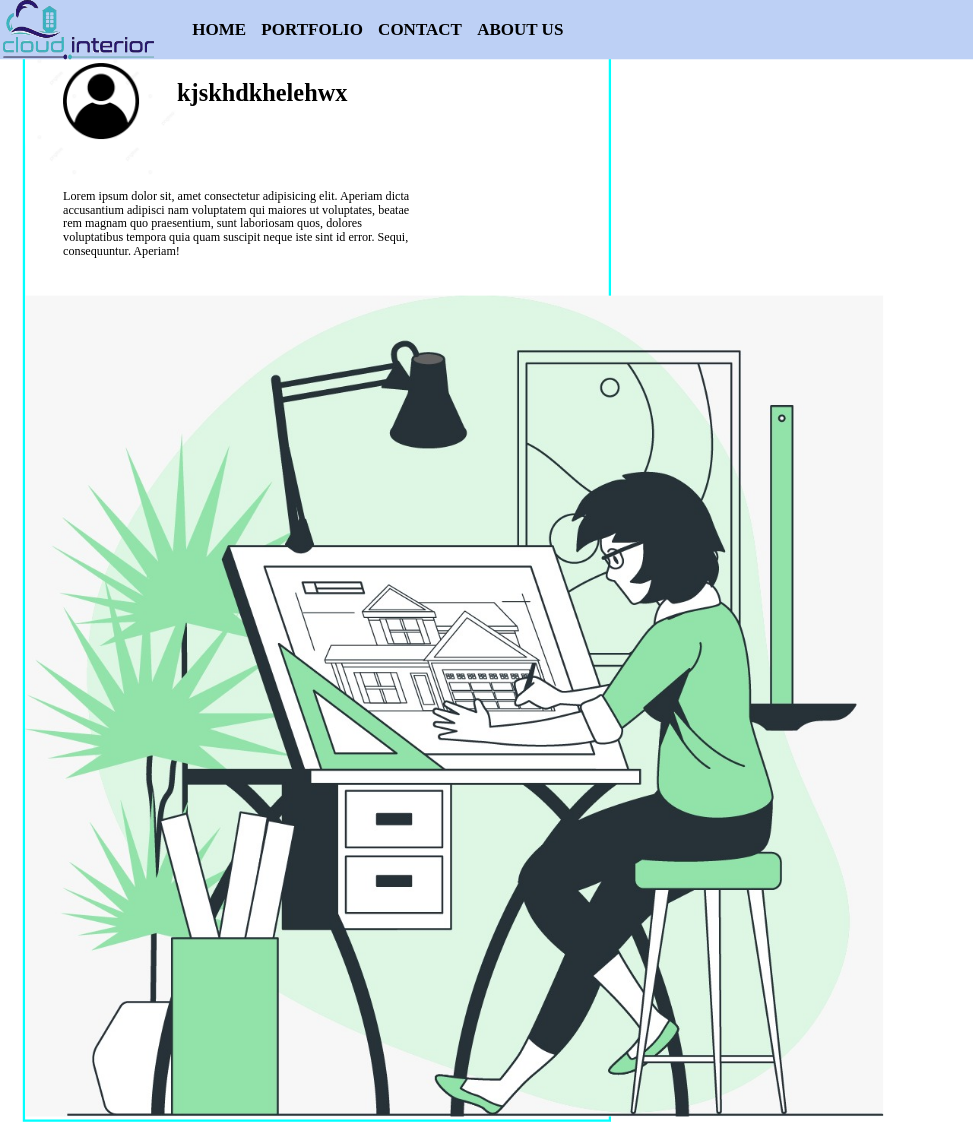
Repository: Ganavid/ganavidgowda.github.io
Page: cloud interior/about.html
These files come from the project's save history. The page is drawn as it stood at one moment and after a run of saves; the edit follows.
The browser window is 1280 px wide. The pictures show the whole page, at 76% of full size.

Above is the page before, as saved 2023-03-04 12:45:41.

After the next 2 saves:
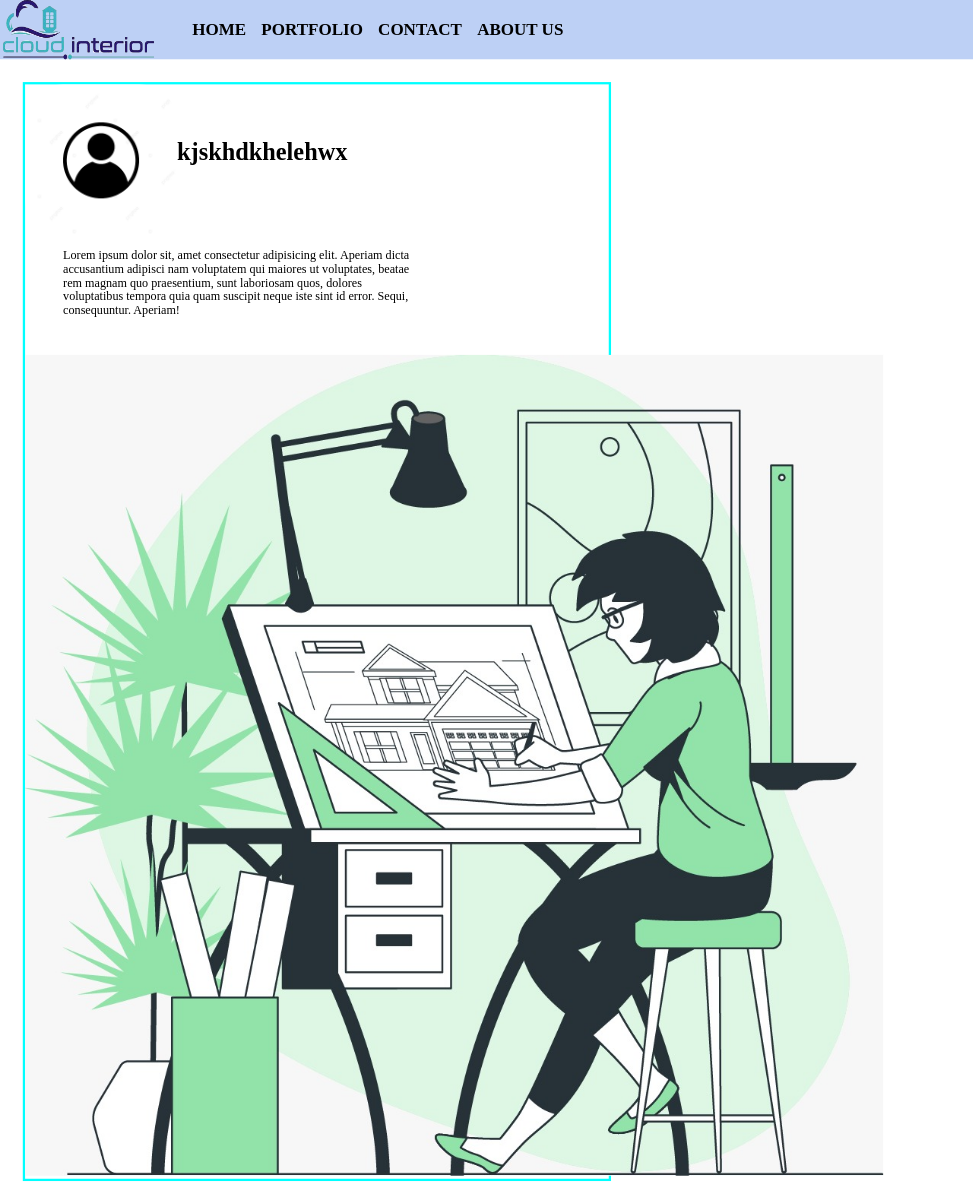
The 2 saves are shown as one change because they came seconds apart.
The last was saved 11 s later.
--- a/cloud interior/about.css
+++ b/cloud interior/about.css
@@ -3,8 +3,8 @@ body{
     padding: 0px;
     border: 0px;
     /* padding-top: 13vh; */
-    /* margin-top: 15vh;
-    background-color: rgba(123, 190, 212, 0.13); */
+    margin-top: 15vh;
+    /* background-color: rgba(123, 190, 212, 0.13); */
 }
 
 
